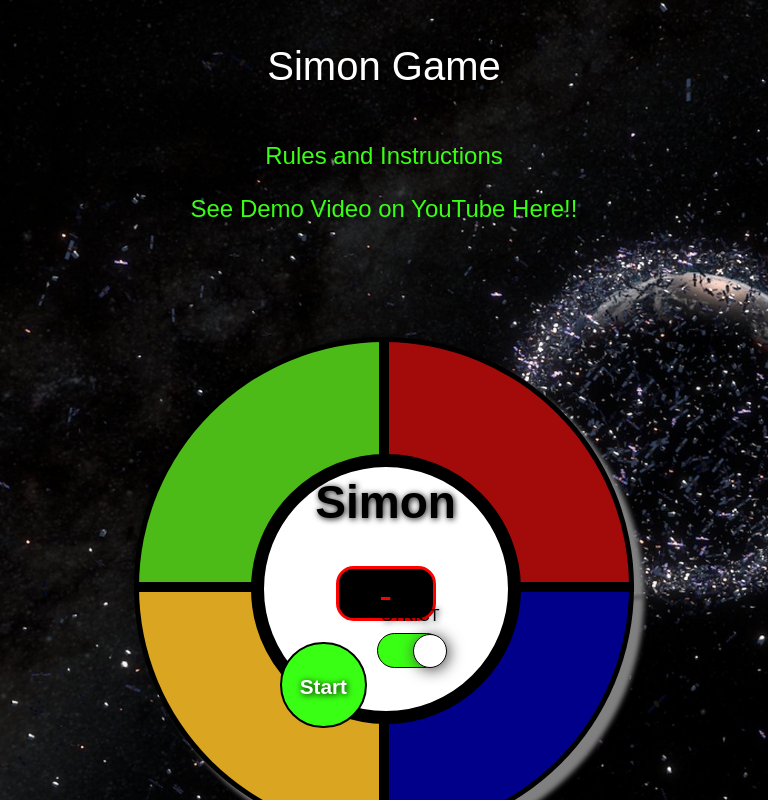
Repository: cgaynor91/Simon-Memory-Game
Page: index.html
The author's editor kept a record of every edit. The page is drawn from the files as they stood at one moment, then again after the next edit.
The browser window is 768 px wide. The pictures show the whole page.
An inner scrolling area shows only its first screen. Some web fonts or font styles are not loaded; a fallback is used.

Above is the page before.

### index.html
<!DOCTYPE html>
<html lang="en">

<head>
  <meta charset="UTF-8">
  <meta name="viewport" content="width=device-width, initial-scale=1.0">
  <meta http-equiv="X-UA-Compatible" content="ie=edge">
  <title>Simon Memory Game</title>

  <!-- Style sheets -->
  <link rel="stylesheet" href="https://stackpath.bootstrapcdn.com/bootstrap/4.3.1/css/bootstrap.min.css">
  <link href="https://fonts.googleapis.com/css?family=Fascinate+Inline&display=swap" rel="stylesheet" type="text/css">
  <link class="favicon" rel="icon" href="assets/images/favicon.ico" type="image/ico">

  <link rel="stylesheet" href="assets/css/style.css">

</head>


<body>
  <!-- Main Container -->

  <div class="container-fluid header">
    <!--main container-->
    <div class="row">
      <div class="col">
        <h1 class="m-4 py-2">Simon Game</h1>
      </div>
    </div>


    <!-- Button trigger modal - adapted from getbootstrap.com -->
    <button type="button" class="btn btn-modal" data-toggle="modal" data-target="#exampleModal">
  Rules and Instructions
</button>

    <!-- Modal -->
    <div class="modal fade" id="exampleModal" tabindex="-1" role="dialog" aria-labelledby="exampleModalLabel" aria-hidden="true">
      <div class="modal-dialog" role="document">
        <div class="modal-content">
          <div class="modal-header px-0 pl-4">
            <h3 class="modal-title" id="ModalLabel">Rules & Instructions</h3>
            <button type="button" class="close" data-dismiss="modal" aria-label="Close">
          <span aria-hidden="true">&times;</span>
        </button>
          </div>
          <div class="modal-body">
            <p class="text-center"> Think fast... SIMON says, "Chase my flashing lights and sounds"!</p> <br> The challenge is to repeat the ever-increasing random signals that SIMON generates.<br>
            <h4 class="text-center"> How To Play?</h4><br> 1. Press green START button; SIMON will give the first signal.<br> 2. Repeat the signal by pressing the same pad.<br> 3. SIMON will duplicate the first signal and will add one.<br> 4. Repeat these two signals by pressing
            the same colour pads.<br> 5. SIMON will duplicate these first two signals and add one.<br> 6. You must reach 20 to win.<br><br>

            <h4 class="text-center"> Strict Mode</h4><br> When Strict mode is selected you cannot get your sequence wrong at any point or your game will be reset back to the start

          </div>
          <div class="modal-footer">
            <button type="button" class="btn btn-modal" data-dismiss="modal">Close</button>
          </div>
        </div>
      </div>
    </div>

    <div class="row">
      <div class="rules-col col">
        <a href="https://www.youtube.com/watch?v=1Yqj76Q4jJ4" target="_blank">See Demo Video on YouTube Here!!</a>
      </div>
    </div>

    <!-- will hold the simon board -->
    <div class="container-fluid outer-circle">
      <div class="row">
        <div class="col simon-board">
          <div class="pads">
            <div id="greenpad" class="pad green-pad"></div>
            <div id="redpad" class="pad red-pad"></div>
            <div id="yellowpad" class="pad yellow-pad"></div>
            <div id="bluepad" class="pad blue-pad"></div>
          </div>

          <!-- inner -circle of board containg number counter and switches -->

          <div class="inner-circle">
            <div class="label">Simon</div>
            <div id="turn" class="display">-</div>
            <div id="start" class="start-button">Start</div>
            <div class="container strict">
              <div class="strict-label">
                <p>STRICT</p>
                <div class="strict-switch">
                  <input type="checkbox" id="strict" class="toggle" checked/>
                </div>
              </div>
            </div>
          </div>
        </div>
      </div>
    </div>
  </div>

  <div class="container-fluid footer">
    <div class="row justify-content-center">
      <p>Website created by Claire Gaynor &copy;
        <br> For educational purposes only.</p>
    </div>
  </div>

  <!-- Audio Clips -->
  <audio id="sound-green" src="assets/sounds/green.mp3"></audio>
  <audio id="sound-red" src="assets/sounds/red.mp3"></audio>
  <audio id="sound-yellow" src="assets/sounds/yellow.mp3"></audio>
  <audio id="sound-blue" src="assets/sounds/blue.mp3"></audio>
  <audio id="game-win" src="assets/sounds/game-win.wav"></audio>
  <audio id="game-over" src="assets/sounds/game-over.wav"></audio>



  <!-- Scripts located at the bottom of the body to ensure quick page loading -->
  <script src="https://cdnjs.cloudflare.com/ajax/libs/jquery/3.4.1/jquery.slim.min.js"></script>
  <script src="https://ajax.googleapis.com/ajax/libs/jquery/3.3.1/jquery.min.js"></script>
  <script src="https://cdnjs.cloudflare.com/ajax/libs/popper.js/1.15.0/umd/popper.min.js"></script>
  <script src="https://stackpath.bootstrapcdn.com/bootstrap/4.3.1/js/bootstrap.min.js"></script>
  <script src="assets/js/script.js"></script>



</body>

</html>

### assets/css/style.css
@import url('https://fonts.googleapis.com/css?family=Fascinate+Inline:100,200,300,400,500,600,700');


html,

body {
  width: 100%;
  height: 100%;
  margin: 0;
  padding: 0;
  overflow-x: hidden;
  background-image: url("../images/bgimage.jpg");
  background-color: #161677;
  background-size: cover;
  font-family: 'Fascinate inline', sans-serif;
  text-shadow: 1px 1px 6px #000000;
}

.row {
  text-align: center;
  padding: 10px;
  margin: 0;
  width: 100%;
  height: 100%;
}

a {
  color: #39ff14;
  padding-top: 5px;
  font-size: 1.5em;
}

a:hover {
  color: #fff;
  text-decoration: none;
}

.rules-col {
  margin-bottom: 50px;
}

h1 {
  color: #fff;
  margin-top: 10px;
}

.label {
  position: absolute;
  font-size: 2.2em;
  color: #000;
  font-weight: bold;
  margin-top: 10px;
}


/* Modal */

.modal-content {
  background-image: url("../images/bgimage.jpg");
  text-align: left;
  font-size: 1.2em;
  color: #39ff14;
}

.btn-modal {
  color: #39ff14;
  padding-top: 5px;
  font-size: 1.5em;
}

.btn-modal:hover {
  color: #fff;
}

/* Containers */

.header {
  color: white;
  text-align: center;
}

.outer-circle {
  padding: 0;
  margin: auto;
  width: 100%;
  height: 100vw;
  max-width: 600px;
  max-height: 600px;
  border-radius: 50%;
  background-color: transparent;
  margin-bottom: 230px;
  display: flex;
}


.strict {
  position: absolute;
  margin-top: 149px;
  margin-left: 50px;
  padding: 0px;
  width: 29%;
  line-height: 0;
}


.footer {
  color: #fff;
}


/* Controls */

.inner-circle {
  display: -webkit-box;
  display: -ms-flexbox;
  display: flex;
  -webkit-box-pack: center;
  -ms-flex-pack: center;
  justify-content: center;
  position: absolute;
  background-color: #fff;
  top: 27%;
  left: 27%;
  width: 46vw;
  height: 46vw;
  max-width: 270px;
  max-height: 270px;
  border: solid 13px #000;
  border-radius: 50%;
  line-height: 50px;
  box-sizing: border-box;
  -moz-box-sizing: border-box;
  -webkit-box-sizing: border-box;
}


#turn {
  position: absolute;
  top: 70px;
  max-width: 100px;
  max-height: 55px;
  color: #ff0000;
  background-color: #000;
  width: 39vw;
  height: 11vw;
  margin: auto;
  border: solid 3px #ff0000;
  border-radius: 6px;
  font-size: 2em;
}

.start-button {
  float: left;
  margin-right: 100px;
  margin-top: 135px;
  padding: 10px;
  line-height: 3em;
  font-weight: bold;
  background-color: #39ff14;
  height: 70px;
  width: 70px;
  border-radius: 50%;
  border: solid 2px #000;
}

.start-button:active {
  background-color: #ccff00;
}

.strict-switch {
  margin-top: 17px;
}

.strict-label {
  color: #000;
}

input[type="checkbox"] {
  position: relative;
  width: 67px;
  height: 35px;
  -webkit-appearance: none;
  -moz-appearance: none;
  -o-appearance: none;
  appearance: none;
  background: #3e8231;
  border: solid 1px #000;
  border-radius: 25vw;
}

input:checked[type="checkbox"] {
  background-color: #39ff14;
}

input[type="checkbox"]:before {
  content: "";
  position: absolute;
  height: 34px;
  width: 34px;
  border-radius: 50%;
  border: solid .5px #000;
  background-color: #fff;
  box-shadow: 2px 2px 15px #444;
}

input:checked[type="checkbox"]:before {
  left: 35px;
}


/* Simon Board Pad Colours */

.pad {
  float: left;
  position: relative;
  width: 50%;
  height: 50vw;
  border: solid 12px #000;
  max-width: 300px;
  max-height: 300px;
  -moz-box-sizing: border-box;
  -webkit-box-sizing: border-box;
  box-shadow: 1px 1px 12px #000000;

}


#greenpad {
  position: absolute;
  height: 250px;
  width: 250px;
  border-radius: 250px 0 0 0;
  -moz-border-radius: 250px 0 0 0;
  -webkit-border-radius: 250px 0 0 0;
  background: #4CBB17;
  top: 50%;
  left: 50%;
  margin: -250px 0px 0px -250px;
  border-style: solid;
  border-width: 5px;
  box-sizing: border-box;
  -moz-box-sizing: border-box;
  -webkit-box-sizing: border-box;
}

#redpad {
  position: absolute;
  height: 250px;
  width: 250px;
  -moz-border-radius: 0 250px 0 0;
  -webkit-border-radius: 0 250px 0 0;
  background: #a30b0b;
  top: 50%;
  left: 50%;
  margin: -250px 0px 0px 0px;
  border-style: solid;
  border-width: 5px;
  box-shadow: 10px 10px 5px grey;
  box-sizing: border-box;
  -moz-box-sizing: border-box;
  -webkit-box-sizing: border-box;
}

#yellowpad {
  position: absolute;
  height: 250px;
  width: 250px;
  -moz-border-radius: 0 0 0 250px;
  -webkit-border-radius: 0 0 0 250px;
  background: #daa520;
  top: 50%;
  left: 50%;
  margin: 0px -250px 0px -250px;
  border-style: solid;
  border-width: 5px;
  box-sizing: border-box;
  box-shadow: 10px 10px 5px grey;
  -moz-box-sizing: border-box;
  -webkit-box-sizing: border-box;
}

#bluepad {
  position: absolute;
  height: 250px;
  width: 250px;
  -moz-border-radius: 0 0 250px 0;
  -webkit-border-radius: 0 0 250px 0;
  background: #00008b;
  top: 50%;
  left: 50%;
  margin: 0px 0px -250px 0px;
  border-style: solid;
  border-width: 5px;
  box-sizing: border-box;
  box-shadow: 10px 10px 5px grey;
  -moz-box-sizing: border-box;
  -webkit-box-sizing: border-box;
}

/* Media Queires */

@media screen and (max-device-width : 812px)
 {

  .label {
    font-size: 6vw;

  }

  #turn {
        top: 13vw;
        width: 13vw;
        height: 9vw;
        font-size: 5vw;
        line-height: 7vw;
        border-radius: 2.3vw;
  }

  #start {
      font-size: 2.7vw;
        height: 11.3vw;
        width: 11.3vw;
        margin-right: 16.2vw;
        margin-top: 22.8vw;
        padding: 1.6vw 1.4vw;
  }

  .container.strict{

             height: 15vw;
        width: 25vw;


  }
}

### assets/js/script.js
// Variables

let order = [];
let playerOrder = [];
let flash, turn, good, compTurn, intervalId, win;
let strict = true;
let volume = true;

// Variables targeted using jquery

const turnCounter = document.getElementById("turn");
const pad = document.getElementById("pad");
const greenPad = document.getElementById("greenpad");
const redPad = document.getElementById("redpad");
const yellowPad = document.getElementById("yellowpad");
const bluePad = document.getElementById("bluepad");
const strictButton = document.getElementById("strict");
const startButton = document.getElementById("start");



// Adapt game to play in strict mode if selected

$(strictButton).on('click', function() {
  if (strictButton.checked === true) {
    strict = true;
    turn = 1;
    clearInterval(intervalId);
    if ($(turnCounter).text() == "-") {
      $(turnCounter).text("-");
    }
    else {
      $(turnCounter).text("0");
    }
    setTimeout(function() {
      clearColor();
    }, 800);
  }
  else {
    strict = false;
  }
});


// Intialize Game when start button clicked

$(startButton).on("click", function() {
  clearInterval(intervalId);
  playGame();
});

// This function runs when it is time for the computer to generate a sequence.


function playGame() {
  intervalId = 0;
  win = false;
  $(turnCounter).text("1");
  playerOrder = [];
  turn = 1;
  flash = 0;
  good = true;
  for (var i = 0; i < 20; i++) {
    order.push(Math.floor(Math.random() * 4) + 1);
  }
  compTurn = true;

  intervalId = setInterval(gamePlay, 800);
}

/* A function to identify if it is the player's turn or the computer's turn.
The amount of flashes must match the number in the turn counter - sequence stops and is logged.
The comptuer reproduces a sequence and checks light id and applies correct light and sound function
Code here is partly taken from a tutorial on youtube by freecodecamp(credits & link in Readme)*/

function gamePlay() {

  if (flash == turn) {
    clearInterval(intervalId);
    compTurn = false;
    clearColor();
  }

  if (compTurn) {
    clearColor();
    setTimeout(function() {
      if (order[flash] == 1) one();
      if (order[flash] == 2) two();
      if (order[flash] == 3) three();
      if (order[flash] == 4) four();
      flash++;
    }, 200);
  }
}

// Functions that generate lights and sounds for all four pads

function one() {
  if (volume) {
    let audio = document.getElementById("sound-green");
    audio.play();
  }
  volume = true;
  greenPad.style.backgroundColor = "#39ff14";
}

function two() {
  if (volume) {
    let audio = document.getElementById("sound-red");
    audio.play();
  }
  volume = true;
  redPad.style.backgroundColor = "#B22222";
}

function three() {
  if (volume) {
    let audio = document.getElementById("sound-yellow");
    audio.play();
  }
  volume = true;
  yellowPad.style.backgroundColor = "#FFFF00";
}

function four() {
  if (volume) {
    let audio = document.getElementById("sound-blue");
    audio.play();
  }
  volume = true;
  bluePad.style.backgroundColor = "#0000ff";
}

// Returns pads to their original state

function clearColor() {
  greenPad.style.backgroundColor = "#4CBB17";
  redPad.style.backgroundColor = "#a30b0b";
  yellowPad.style.backgroundColor = "#daa520";
  bluePad.style.backgroundColor = "#00008b";
}

// Function to cause all colours to flash at the same time

function flashColor() {
  greenPad.style.backgroundColor = "#39ff14";
  redPad.style.backgroundColor = "#B22222";
  yellowPad.style.backgroundColor = "#FFFF00";
  bluePad.style.backgroundColor = "#0000FF";
}

// Functions for wqhen each pads are clicked.
// By clicking one pad, a number is pushed into the player sequence array
// Colour clears after set time

$(greenPad).on('click', function() {
  playerOrder.push(1);
  check();
  one();
  if (!win) {
    setTimeout(function() {
      clearColor();
    }, 400);
  }
});

$(redPad).on('click', function() {
  playerOrder.push(2);
  check();
  two();
  if (!win) {
    setTimeout(function() {
      clearColor();
    }, 400);
  }
});

$(yellowPad).on('click', function() {
  playerOrder.push(3);
  check();
  three();
  if (!win) {
    setTimeout(function() {
      clearColor();
    }, 400);
  }
});

$(bluePad).on('click', function() {
  playerOrder.push(4);
  check();
  four();
  if (!win) {
    setTimeout(function() {
      clearColor();
    }, 400);
  }
});

// Function created to check and see if
// 1. The colour sequence is followed incorrectly
// 2. If player sequence matches the turn counter
// 3. If the player has completed 20 levels to win game
// 4. Also if strict mode is actve and the player has lost a game

function check() {
  if (playerOrder[playerOrder.length - 1] !== order[playerOrder.length - 1])
    good = false;

  if (playerOrder.length == 20 && good) {
    winGame();
  }

  if (good == false) {
    flashColor();
    $(turnCounter).text("NO!");
    let audio = document.getElementById("game-over");
    audio.play();
    setTimeout(function() {
      $(turnCounter).text((turn) - 1);
      clearColor();

      if (strict) {
        playGame();
      }
      else {
        compTurn = true;
        flash = 0;
        playerOrder = [];
        good = true;
        intervalId = setInterval(gamePlay, 800);
      }
    }, 800);

    volume = false;
  }

  else if (turn == playerOrder.length && good && !win) {
    turn++;
    playerOrder = [];
    compTurn = true;
    flash = 0;
    $(turnCounter).text((turn) - 1);
    intervalId = setInterval(gamePlay, 800);
  }
}

// Function is called upon if the player wins the game - displaying "WIN!" in the counter and playing audio

function winGame() {
  flashColor();
  $(turnCounter).text("WIN!");
  win = true;
  setTimeout(function() {
    let audio = document.getElementById("game-win");
    audio.play();
  }, 800);
}

After the next edit:
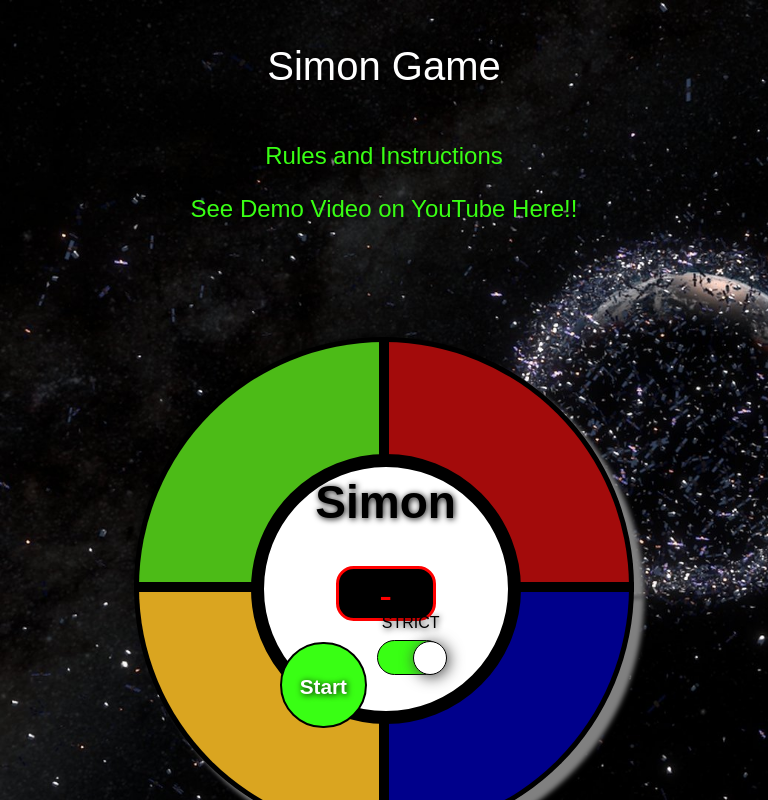
The edit:
--- a/assets/css/style.css
+++ b/assets/css/style.css
@@ -326,7 +326,7 @@
   }
 
   .container.strict{
-
+top: 1vw;
              height: 15vw;
         width: 25vw;
 
